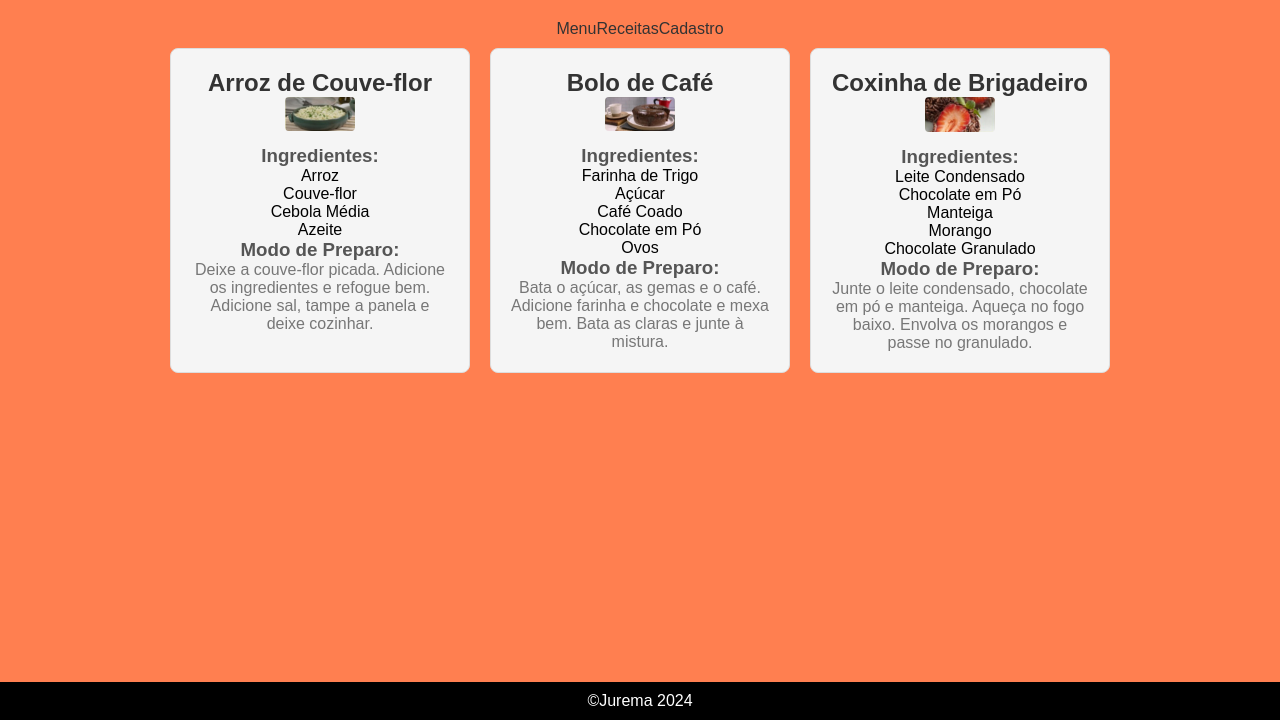
Repository: devropaes/RECEITAS
Page: OneDrive/Área de Trabalho/Estudos/Estácio/receitas/receitas.html
The author's editor kept a copy of each file at every save. The page is drawn from the files as they stood at one save, then again after the next save.
The browser window is 1280 px wide. The pictures show the whole page.

Above is the page before, as saved 2024-03-12 18:07:24.

After the next save:
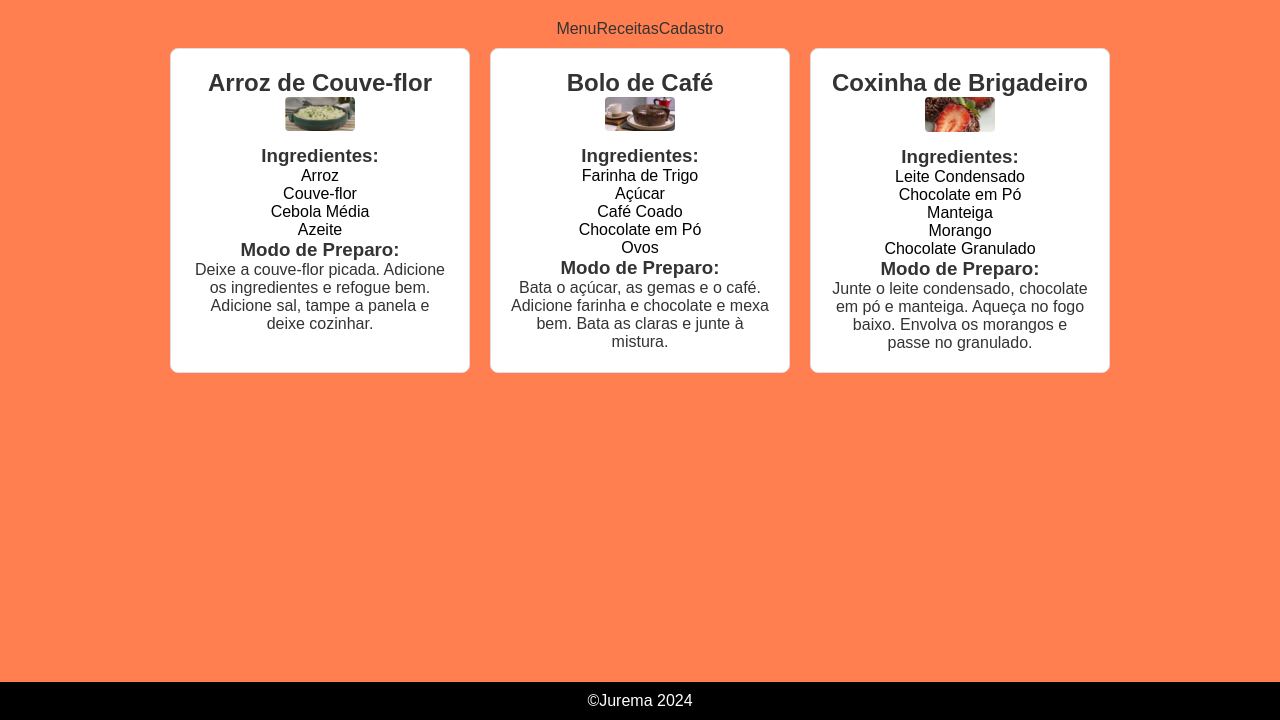
Saved 3 min 45 s later.
--- a/OneDrive/Área de Trabalho/Estudos/Estácio/receitas/receitas.css
+++ b/OneDrive/Área de Trabalho/Estudos/Estácio/receitas/receitas.css
@@ -51,7 +51,7 @@ nav ul {
 
 nav a {
     text-decoration: none;
-    color: #333;
+    color: var(--cor-secundaria);
 }
 
 .receitas-container {
@@ -62,7 +62,7 @@ nav a {
 }
 
 .receita {
-    background-color: #f5f5f5;
+    background-color:var(--cor-hover);
     padding: 20px;
     border: 1px solid #ddd;
     border-radius: 8px;
@@ -77,11 +77,11 @@ nav a {
 }
 
 .receita h2 {
-    color: #333;
+    color:var(--cor-secundaria);
 }
 
 .receita h3 {
-    color: #555;
+    color:var(--cor-secundaria);
 }
 
 .receita ul {
@@ -90,7 +90,7 @@ nav a {
 }
 
 .receita p {
-    color: #777;
+    color:var(--cor-secundaria);
 }
 
 
